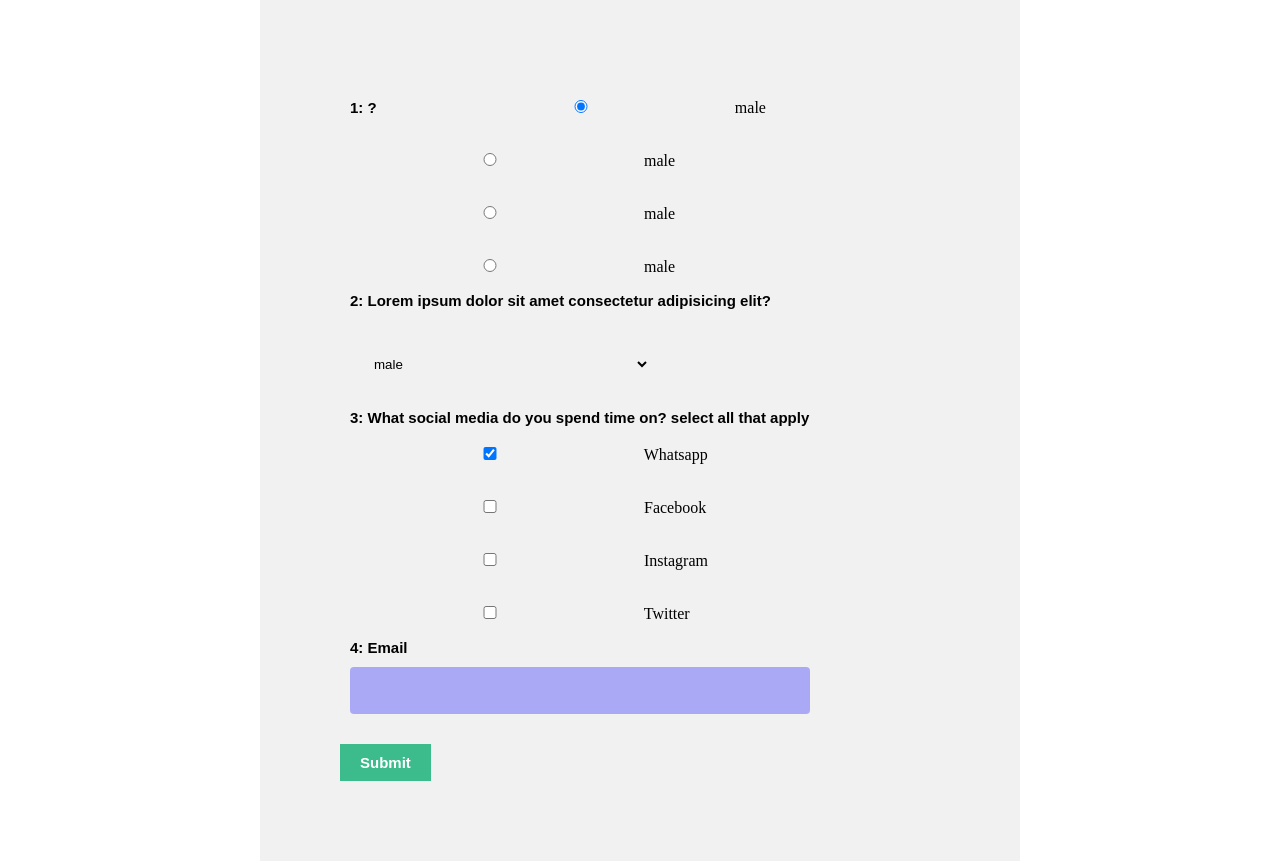
Repository: Grace229/Hasob-form
Page: index.html
An editor plug-in stored every save of this project. The page is shown before and after the next save, followed by the edit.
The browser window is 1280 px wide. The pictures show the whole page.

Above is the page before, as saved 2020-12-27 21:09:34.

### index.html
<!DOCTYPE html>
<html lang="en">
<head>
    <meta charset="UTF-8">
    <meta name="viewport" content="width=device-width, initial-scale=1.0">
    <title>Document</title>
    <link rel="stylesheet" href="style.css">
</head>
<body>
    <form>
        <!-- radio button -->
        <div>
            <label class="question" for="">1: ? </label>
                <input type="radio" name="gender" value="male" class="input" checked>
                <label> male</label>
                <input type="radio" name="gender" value="male" class="input">
                <label> male</label>
                <input type="radio" name="gender" value="male" class="input">
                <label> male</label>
                <input type="radio" name="gender" value="male" class="input">
                <label> male</label>

        </div>
        <!-- dropdown -->
        <div>
            <label  class="question" for="">2: Lorem ipsum dolor sit amet consectetur adipisicing elit? </label>
               <select name="grace" id="input">
                   <option value="male" class="check">
                    <label> male</label>
                   </option>
                   <option value="male" class="check">
                    <label> male</label>
                   </option>
                   <option value="male" class="check">
                    <label> male</label>
                   </option>
                   <option value="male" class="check">
                    <label> male</label>
                   </option>
               </select>
        </div>
        <!-- checkboxes -->
           <div>
            <label  class="question" for="">3: What social media do you spend time on? select all that apply</label>
               <input type="checkbox" name="gender" value="male" class="input" checked>
               <label> Whatsapp</label>
                <input type="checkbox" name="gender" value="male" class="input">
                <label> Facebook</label>
                <input type="checkbox" name="gender" value="male" class="input">
                <label> Instagram</label>
                <input type="checkbox" name="gender" value="male" class="input">
                <label> Twitter</label>
        </div>
        <!-- textbox -->
        <div>
            <label  class="question" for=""> 4: Email</label>
            <input type="email" name="email" id="email">
        </div>

        <div>
          <button class="btn"> Submit </button>
        </div>
   </form>
</body>
</html>

### style.css
*{
    padding: 0;
    margin: 0;
}
.question{
    font-size: 15px;
    font-weight: bold;
    font-family: sans-serif;
    margin: 10px 50px 10px 10px;
}

.input{
    width: 50%;
    margin: 20px 0px 20px 0px;
    cursor: pointer;

}
.check{
    border: solid 1px black;
}
#input{
    width: 50%;
    margin: 30px 10px 20px 10px;
    border: none;
}
select{
    border: 1px  solid black;
    background-color:#f1f1f1;
    padding: 16px 20px;
    border-radius: 4px;
}
option{
    border: 1px solid black;
    font-size:  15px;
}
form{
    width: 600px;
    margin: auto;
    background-color: #f1f1f1;
    padding: 80px;
}
#email{
    width: 70%;
    margin: 10px 10px 30px 10px;
    border: none;
    background-color: rgb(169, 169, 245);
    padding: 16px 20px;
    border-radius: 4px;
    cursor: pointer;
}
#email:focus{
    background-color: #ffffff;
    font-size: 20px;

}
.btn{
    cursor: pointer;
    display: inline-block;
    border: 0;
    font-weight: bold;
    padding: 10px 20px;
    background: #3CBC8D;
    color: #fff;
    font-size: 15px;
}

.btn:hover{
opacity: 0.9;
}

After the next save:
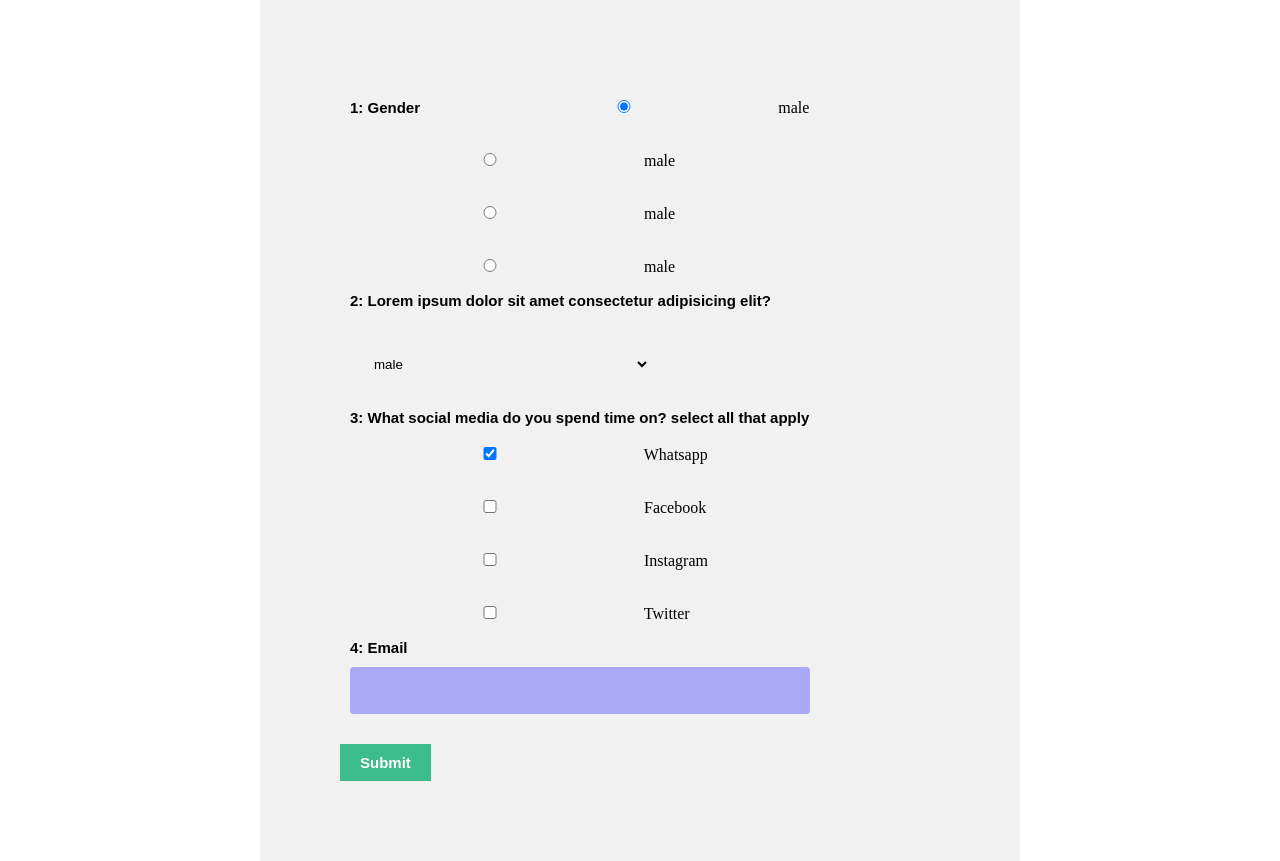
Saved 6 s later.
--- a/index.html
+++ b/index.html
@@ -10,7 +10,7 @@
     <form>
         <!-- radio button -->
         <div>
-            <label class="question" for="">1: ? </label>
+            <label class="question" for="">1: Gender </label>
                 <input type="radio" name="gender" value="male" class="input" checked>
                 <label> male</label>
                 <input type="radio" name="gender" value="male" class="input">
